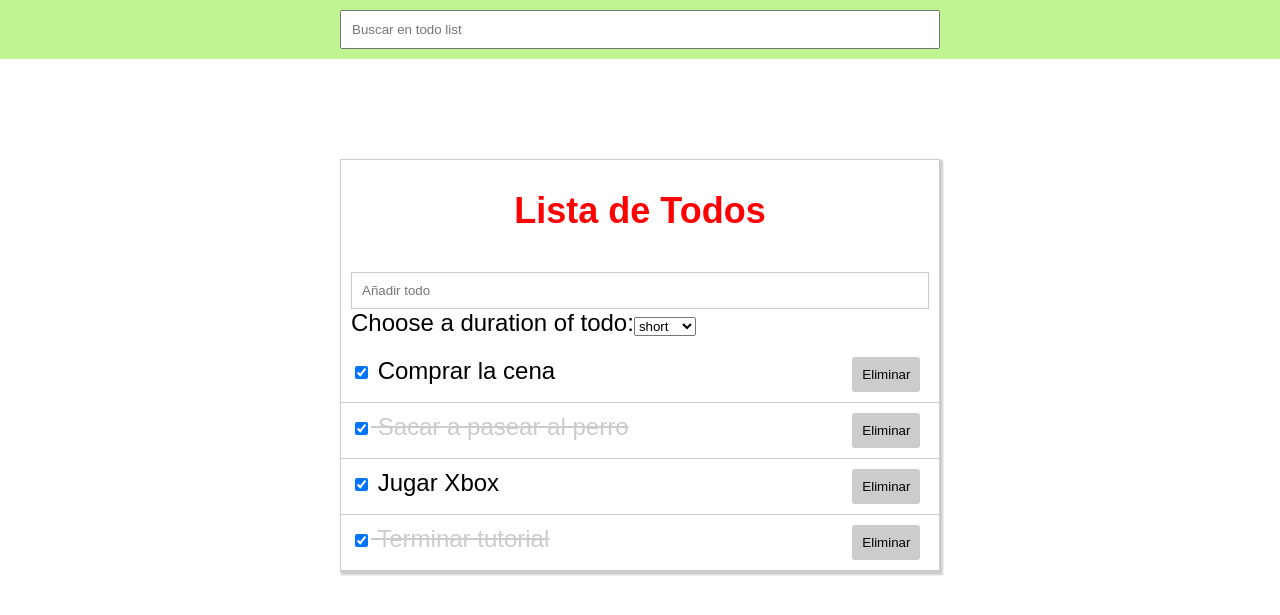
Repository: MauriVaz/Primer-app-con-Vue
Page: /
An editor plug-in stored every save of this project. The page is shown before and after the next save, followed by the edit.
The browser window is 1280 px wide. The pictures show the whole page.
The project was rebuilt for these pictures with package versions that can differ from the ones it lists, and the page was loaded fresh each time. Also part of the build but not shown: vue.config.js.

Above is the page before, as saved 2023-02-02 22:17:48.

### public/index.html
<!DOCTYPE html>
<html lang="">
  <head>
    <meta charset="utf-8">
    <meta http-equiv="X-UA-Compatible" content="IE=edge">
    <meta name="viewport" content="width=device-width,initial-scale=1.0">
    <link rel="icon" href="<%= BASE_URL %>favicon.ico">
    <title><%= htmlWebpackPlugin.options.title %></title>
  </head>
  <body>
    <noscript>
      <strong>Por favor activa Javascript</strong>
    </noscript>
    <div id="app"></div>
    <!-- built files will be auto injected -->
  </body>
</html>

### src/App.vue
<template>
  <div>
    <div id="header">
      <Search v-on:query-change="querySearch" />
    </div>

    <div id="main-container">
      <h2>Lista de Todos</h2>
      <!-- <p>Existen {{this.todoslist.length }} </p> -->
      <TodoAdd v-on:add-todo="addTodo"/>
      <Todos v-bind:todoslist="copyTodos" v-on:delete-todo="deleteTodo" />
    </div>
  </div>
</template>

<script>
//import HelloWorld from './components/HelloWorld.vue'
import Search from './components/Search';
import Todos from './components/Todos';
import TodoAdd from './components/TodoAdd';

export default {
  name: 'App',
  components: {
    Todos, TodoAdd, Search
  },
  methods: {
    deleteTodo(id){
      this.todos = this.todos.filter(todo => todo.id != id);
      this.copyTodos = [...this.todos];
    },
    addTodo(todo){
      this.todos.push(todo);
      this.copyTodos = [...this.todos];
    },
    querySearch(query){
      if(query.trim() === ''){
        this.copyTodos = [...this.todos];
      }else{
        const temp = this.todos.filter(todo =>{
          return todo.title.includes(query)
        });

        this.copyTodos = [...temp];
      }
    }
  },
  data(){
    return {
      todos: [
        {
          id: 0,
          title:  'Comprar la cena',
          completed: false,
        },
        {
         id: 1,
         title: 'Sacar a pasear al perro',
         completed: true
       },
       {
         id: 2,
         title: 'Jugar Xbox',
         completed: false
       },
       {
         id: 3,
         title: 'Terminar tutorial',
         completed: true
       }
      ],
      copyTodos: []
    }
  },
  created(){
    this.copyTodos = [...this.todos];
  }
}
</script>

<style>
  *{
    box-sizing: border-box;
  }

  body{
    font-family: Arial, Helvetica, sans-serif;
    font-size: 1.5em;
    padding: 0;
    margin: 0;
  }

  #main-container{
    border: solid 1px #ccc;
    width: 600px;
    margin: 100px auto;
    box-shadow: 2px 2px 2px 1px rgba(0, 0, 0, 0.2);
  }

  #header{
    background: rgb(128, 234, 35, .5);
    padding: 10px;
  }

  h2{
    padding: 0 10px;
    text-align: center;
    color:red
  }
</style>

### src/components/Search.vue
<!-- eslint-disable vue/multi-word-component-names -->
<template>
    <div id="search-container">
        <input type="text" placeholder="Buscar en todo list" v-model="query" v-on:input="$emit('query-change', query)">
    </div>
</template>

<script>
export default {
    // eslint-disable-next-line vue/multi-word-component-names
    name: 'Search',
    data(){
        return {
            query: ''
        }
    }
}
</script>

<style scoped>
    #search-container{
        width: 600px;
        margin: 0 auto;
    }

    input{
        padding: 10px;
        width: 100%;
        outline: none;
    }
</style>

### src/components/Todos.vue
<template>
    <div>
        <div v-bind:key="todo.id" v-for="todo in todoslist">
            <TodoItem v-bind:todo="todo" v-on:delete-todo="$emit('delete-todo', todo.id)" />
        </div>
    </div>
</template>

<script>
import TodoItem from './TodoItem';

    export default {
        // eslint-disable-next-line vue/multi-word-component-names
        name: 'Todos',
        props: ['todoslist'],
        components:{TodoItem}
    }
</script>

<style>
</style>

### src/components/TodoAdd.vue
<template>
    <div id="add-container">
        <form @submit="addTodo">
            <input type="text" placeholder="Añadir todo" v-model="title">
            <label for="cars">Choose a duration of todo:</label>
            <select id="cars">
            <option label="short">Short efforce</option>
            <option label="middle">Middle efforce</option>
            <option label="high">High efforce</option>
            <option label="total">Total efforce</option>
</select>
        </form>
    </div>
</template>

<script>
import { uuid } from 'vue-uuid';

export default {
    name: 'TodoAdd',
    data(){
        return {
            title: ''
        }
    },
    methods:{
        addTodo(e){
            e.preventDefault();

            const newTodo = {
                id: uuid.v4(),
                title: this.title.charAt(0).toLocaleUpperCase()
                + this.title.toLocaleLowerCase().substring(1, this.title.length),
                completed: false
            };

            this.title = '';
            this.$emit('add-todo', newTodo);
        }
    }
}
</script>

<style scoped>
    #add-container{
        padding: 10px;
    }
    input{
        padding: 10px;
        outline: none;
        border: solid 1px #ccc;
        width: 100%;
    }
</style>

### src/components/TodoItem.vue
<template>
    <div class="todo" v-bind:class="{completed: todo.completed}">
        <div class="todo-body" >
            <input type="checkbox"
                v-bind:checked="todo.completed ? 'checked': 'notchecked'"
                v-on:change="checkTodo">
            {{todo.title}}
        </div>

        <div class="todo-actions">
            <button @click="$emit('delete-todo', todo.id)">Eliminar</button>
        </div>
    </div>
</template>

<script>
    export default {
        name: 'TodoItem',
        props: ['todo'],
        methods: {
            checkTodo(){
                // eslint-disable-next-line vue/no-mutating-props
                this.todo.completed =! this.todo.completed;
            }
        }
    }
</script>

<style scoped>
    .todo{
        border-bottom: solid 1px #ccc;
        padding: 10px;
    }

    .todo:not(.completed):hover{
        background-color: #eee;
    }

    .completed{
        color: #ccc;
        text-decoration: line-through;
    }
    .completed .todo-body{
        text-decoration: line-through;
    }

    .todo-body, .todo-actions{
        display: inline-block;
        vertical-align: top;
    }

    .todo-body{
        width: 85%;
    }
    .todo-actions{
        padding: 0 10px;
        width: 10%;
    }

    button{
        border: none;
        border-radius: 3px;
        padding: 10px;
        background-color: #ccc;
        color: black;
    }
    button:hover{
        background-color: #da2020;
        color: white;
    }
</style>

Loaded but not shown: src/main.js (common file)

After the next save:
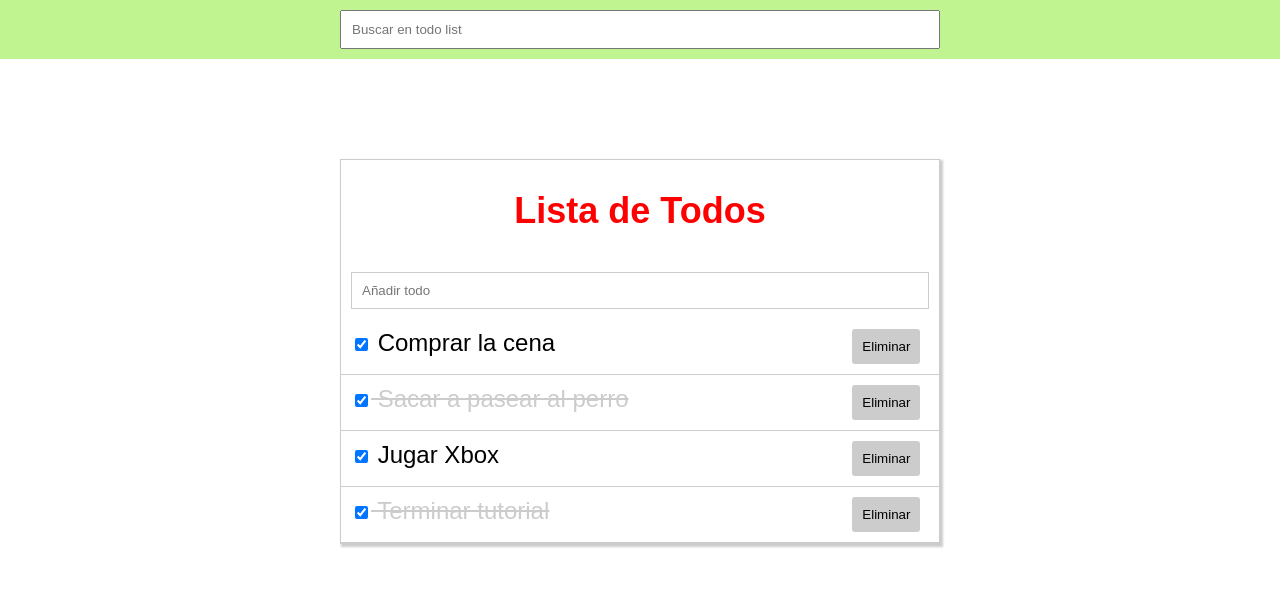
Saved 25 s later.
--- a/src/components/TodoAdd.vue
+++ b/src/components/TodoAdd.vue
@@ -2,13 +2,6 @@
     <div id="add-container">
         <form @submit="addTodo">
             <input type="text" placeholder="Añadir todo" v-model="title">
-            <label for="cars">Choose a duration of todo:</label>
-            <select id="cars">
-            <option label="short">Short efforce</option>
-            <option label="middle">Middle efforce</option>
-            <option label="high">High efforce</option>
-            <option label="total">Total efforce</option>
-</select>
         </form>
     </div>
 </template>
